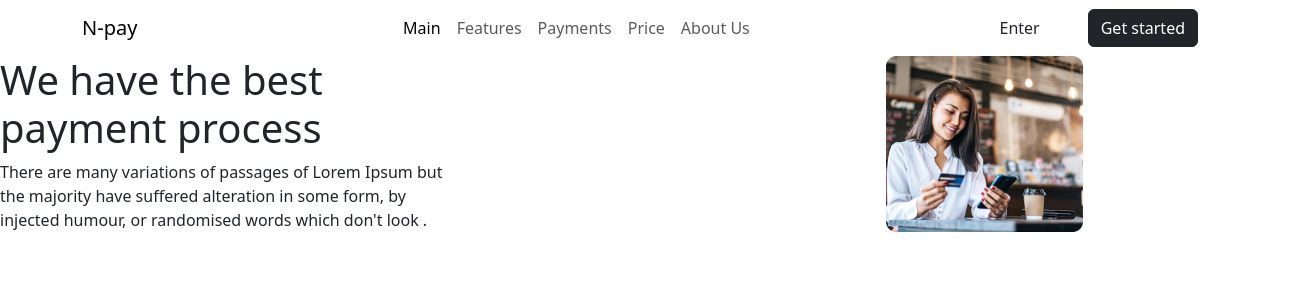
Repository: Senianga/N-pay
Page: index.html
These files come from the project's save history. The page is drawn as it stood at one moment and after the next save; the edit follows.
The browser window is 1280 px wide. The page is 1292 px wide, so the pictures cover 1292 px, including what lies to the right of the window. The pictures show the whole page.
The style sheet was rebuilt from its Sass, Less or Tailwind sources for each picture, by a compiler version that may differ from the author's.

Above is the page before, as saved 2023-05-01 14:50:45.

After the next save:
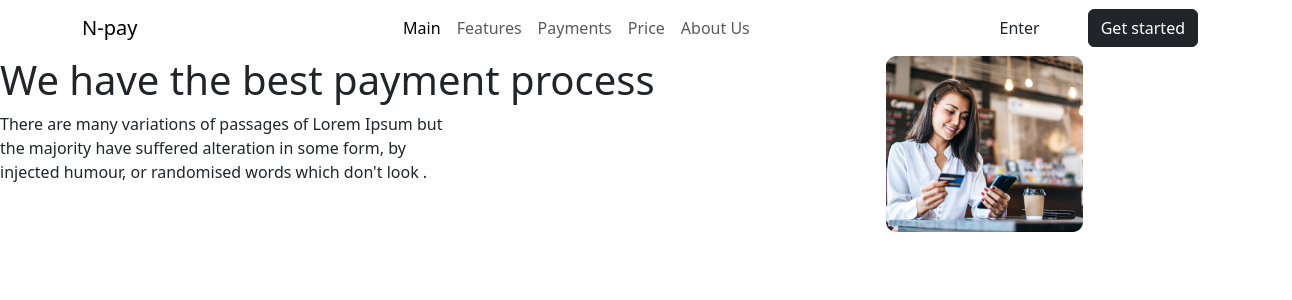
Saved 28 s later.
--- a/index.html
+++ b/index.html
@@ -49,7 +49,7 @@
             <div class="row">
                 <div class="col-mg-6 col-sm-12 d-flex">
                     <div class="content">
-                        <h1 class="col-5">
+                        <h1 class="">
                             We have the best
                             payment process
                         </h1>
